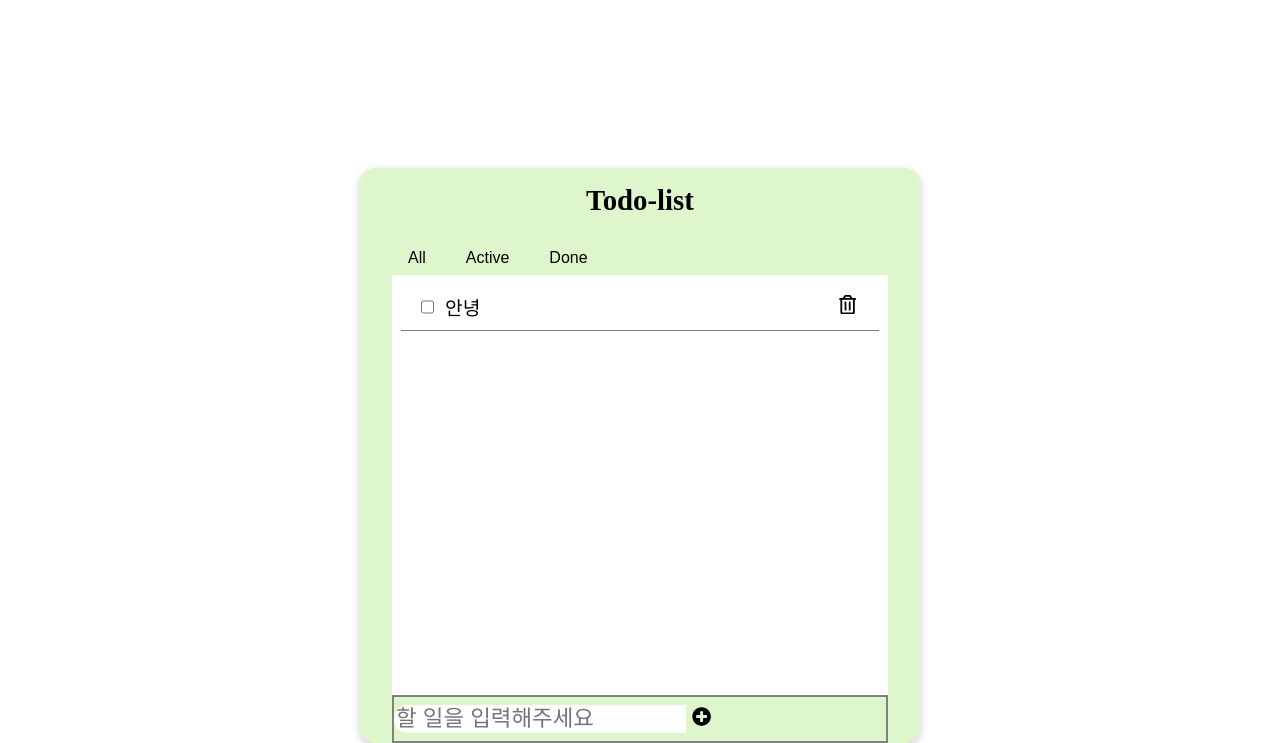
Repository: Yugayoung/todoList
Page: /
The author's editor kept a copy of each file at every save. The page is drawn from the files as they stood at one save, then again after the next save.
The browser window is 1280 px wide. The pictures show the whole page.
Some web fonts or font styles are not loaded; a fallback is used. The project was rebuilt for these pictures with package versions that can differ from the ones it lists, and the page was loaded fresh each time. Also part of the build but not shown: src/App.css.

Above is the page before, as saved 2024-03-21 17:50:01.

### src/index.css
@font-face {
  font-family: 'IM_Hyemin-Bold';
  src: url('./fonts/IM_Hyemin-Regular.otf') format('opentype');
  font-weight: normal;
  font-style: normal;
}

body {
  margin: 0;
  font-family: 'IM_Hyemin-Bold';
  -webkit-font-smoothing: antialiased;
  -moz-osx-font-smoothing: grayscale;
  width: 100vw;
  height: 100vh;
  display: flex;
  justify-content: center;
  align-items: center;
  font-size: 1.2rem;
}

code {
  font-family: source-code-pro, Menlo, Monaco, Consolas, 'Courier New',
    monospace;
}
#root {
  width: 100%;
  height: 60%;
  max-width: 35rem;
}

### src/App.js
import './App.css';
import Todo from './pages/Todo';

function App() {
  return (
    <>
      <Todo />
    </>
  );
}

export default App;

### src/pages/todo.jsx
import React from 'react';
import styled from 'styled-components';
import { FaPlusCircle } from 'react-icons/fa';
import { FaRegTrashAlt } from 'react-icons/fa';

const Title = styled.h2`
  text-align: center;
  font-weight: bold;
  padding: 1rem 0rem 0rem 0rem;
`;

const TodoList = styled.section`
  background-color: #def6cc;
  border-radius: 1rem;
  box-shadow: 0 3px 10px rgb(0, 0, 0, 0.2);
  padding: 0rem 2rem;
`;

const TapBtn = styled.button`
  background-color: transparent;
  border: none;
  margin-right: 0.5rem;
  padding: 0.5rem 1rem;
  font-size: 1rem;
  &:hover {
    color: #fd6cfd;
  }
  &:active {
    background-color: white;
    border-radius: 1rem 1rem 0rem 0rem;
    font-weight: bold;
  }
`;

const TodoLi = styled.li`
  list-style: none;
  padding: 0rem 1rem 0.6rem 1rem;
  display: flex;
  justify-content: space-between;
  margin: 0.5rem;
  border-bottom: 1px solid gray;
`;
const Btn = styled.button`
  background-color: transparent;
  border: none;
  font-size: 1.2rem;
  padding-top: 2px;
  &:hover {
    color: red;
  }
`;
const Label = styled.label`
  flex: 1 1;
  margin: 0rem 0.5rem;
`;
const TodoUl = styled.ul`
  background-color: white;
  margin: 0rem;
  height: 400px;
  padding: 10px 1px;
  flex: 1 1 auto;
  overflow-y: auto;
`;
const InputForm = styled.form`
  background-color: transparent;
  border: 2px solid gray;
  padding: 0.5rem 0rem;
`;
const Input = styled.input`
  flex: 1 0 auto;
  font-size: 1.4rem;
  border: none;
  border-radius: 1rem 0rem 0rem 1rem;
`;

export default function Todo() {
  return (
    <>
      <TodoList>
        {/* 할일 state */}
        <Title>Todo-list</Title>
        <div>
          <TapBtn>All</TapBtn>
          <TapBtn>Active</TapBtn>
          <TapBtn>Done</TapBtn>
        </div>

        {/* addTodoList */}
        <TodoUl>
          <TodoLi>
            <input type='checkbox' />
            <Label htmlFor=''>안녕</Label>
            <Btn>
              <FaRegTrashAlt />
            </Btn>
          </TodoLi>
        </TodoUl>

        {/* 할일 입력 */}
        <InputForm>
          <Input type='text' placeholder='할 일을 입력해주세요' />
          <Btn>
            <FaPlusCircle />
          </Btn>
        </InputForm>
      </TodoList>
    </>
  );
}

Loaded but not shown: public/index.html (common file); src/index.js (common file); src/reportWebVitals.js (common file)

After the next save:
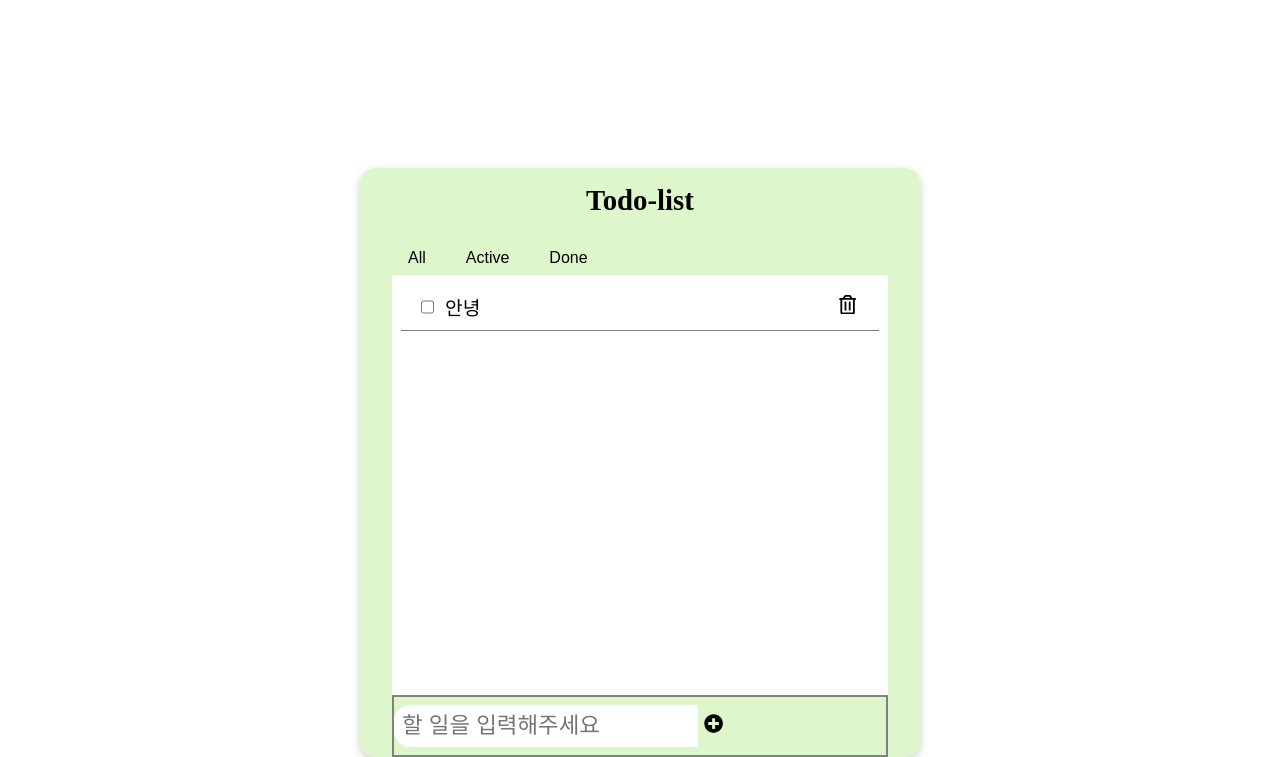
Saved 20 s later.
--- a/src/pages/todo.jsx
+++ b/src/pages/todo.jsx
@@ -71,6 +71,7 @@ const Input = styled.input`
   font-size: 1.4rem;
   border: none;
   border-radius: 1rem 0rem 0rem 1rem;
+  padding: 0.5rem;
 `;
 
 export default function Todo() {
